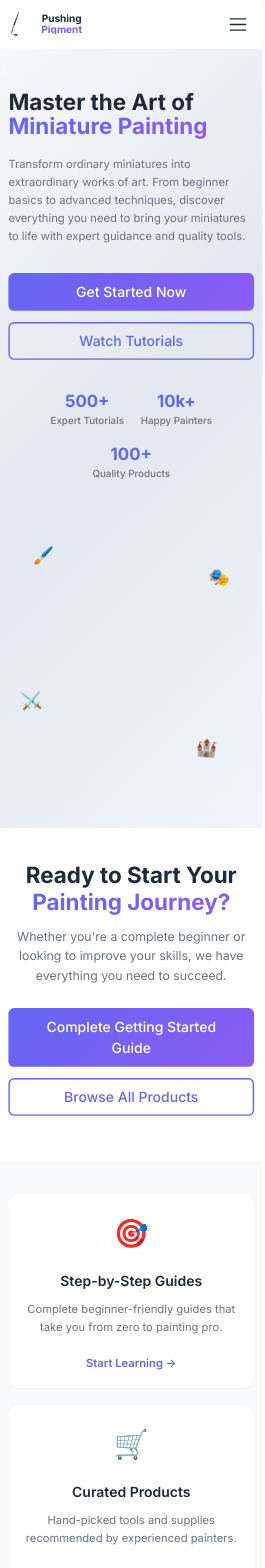
Repository: Aldentec/pushing-pigment-website
Page: /
The author's editor kept a copy of each file at every save. The page is drawn from the files as they stood at one save, then again after the next save.
The browser window is 375 px wide. The page is 379 px wide, so the pictures cover 379 px, including what lies to the right of the window. The pictures show the part of the page from y = 0 to 2240 px (the page is 4126 px tall), at 70% of full size.
The project was rebuilt for these pictures with package versions that can differ from the ones it lists, and the page was loaded fresh each time. Also part of the build but not shown: src/data/tutorials.js, src/pages/Tutorials/Tutorials.css, src/pages/Tutorials/Tutorials.jsx, src/components/ProductCard/ProductCard.css, src/components/ProductCard/ProductCard.jsx, src/data/products.js, src/pages/Products/Products.css, src/pages/Products/Products.jsx and 9 more.

Above is the page before, as saved 2025-08-17 06:54:52.

### public/index.html
<!DOCTYPE html>
<html lang="en">
  <head>
    <meta charset="utf-8" />

    <!-- Basic Meta Tags -->
    <meta name="viewport" content="width=device-width, initial-scale=1" />
    <meta name="theme-color" content="#6366f1" />

    <!-- SEO Meta Tags -->
    <title>Pushing Pigment - Master Miniature Painting | Tutorials, Tools & Techniques</title>
    <meta name="description" content="Learn miniature painting with expert tutorials, essential tool guides, and step-by-step techniques. From beginner basics to advanced methods - your complete miniature painting resource." />
    <meta name="keywords" content="miniature painting, warhammer painting, mini painting tutorials, painting techniques, miniature paints, brushes, primer, tabletop gaming, model painting, acrylic paints" />
    <meta name="author" content="Pushing Pigment" />
    <meta name="robots" content="index, follow" />
    <link rel="canonical" href="https://pushingpigment.com" />

    <!-- Open Graph / Facebook -->
    <meta property="og:type" content="website" />
    <meta property="og:url" content="https://pushingpigment.com" />
    <meta property="og:title" content="Pushing Pigment - Master Miniature Painting | Tutorials & Tools" />
    <meta property="og:description" content="Learn miniature painting with expert tutorials, essential tool guides, and step-by-step techniques. From beginner basics to advanced methods." />
    <meta property="og:image" content="https://pushingpigment.com/og-image.jpg" />
    <meta property="og:site_name" content="Pushing Pigment" />
    <meta property="og:locale" content="en_US" />

    <!-- Twitter Card -->
    <meta property="twitter:card" content="summary_large_image" />
    <meta property="twitter:url" content="https://pushingpigment.com" />
    <meta property="twitter:title" content="Pushing Pigment - Master Miniature Painting" />
    <meta property="twitter:description" content="Learn miniature painting with expert tutorials, essential tool guides, and step-by-step techniques." />
    <meta property="twitter:image" content="https://pushingpigment.com/twitter-card.jpg" />
    <meta property="twitter:creator" content="@pushingpigment" />

    <!-- Additional SEO Tags -->
    <meta name="geo.region" content="US" />
    <meta name="geo.placename" content="United States" />
    <meta name="language" content="en-US" />
    <meta name="revisit-after" content="7 days" />
    <meta name="rating" content="general" />

    <!-- Favicons -->
    <link rel="icon" href="%PUBLIC_URL%/favicon.ico" />
    <link rel="manifest" href="%PUBLIC_URL%/site.webmanifest" />
    <link rel="mask-icon" href="%PUBLIC_URL%/safari-pinned-tab.svg" color="#6366f1" />
    <meta name="msapplication-TileColor" content="#6366f1" />
    <meta name="msapplication-config" content="%PUBLIC_URL%/browserconfig.xml" />

    <!-- Preconnect for Performance -->
    <link rel="preconnect" href="https://fonts.googleapis.com" />
    <link rel="preconnect" href="https://fonts.gstatic.com" crossorigin />
    <link rel="preconnect" href="https://www.amazon.com" />

    <!-- Google Fonts -->
    <link href="https://fonts.googleapis.com/css2?family=Inter:wght@300;400;500;600;700&display=swap" rel="stylesheet" />

    <!-- Structured Data / JSON-LD -->
    <script type="application/ld+json">
    {
      "@context": "https://schema.org",
      "@type": "WebSite",
      "name": "Pushing Pigment",
      "description": "Master miniature painting with expert tutorials, essential tool guides, and step-by-step techniques for all skill levels.",
      "url": "https://pushingpigment.com",
      "potentialAction": {
        "@type": "SearchAction",
        "target": {
          "@type": "EntryPoint",
          "urlTemplate": "https://pushingpigment.com/search?q={search_term_string}"
        },
        "query-input": "required name=search_term_string"
      },
      "publisher": {
        "@type": "Organization",
        "name": "Pushing Pigment",
        "url": "https://pushingpigment.com",
        "logo": {
          "@type": "ImageObject",
          "url": "https://pushingpigment.com/logo.png"
        },
        "sameAs": [
          "https://youtube.com/@pushingpigment",
          "https://instagram.com/pushingpigment",
          "https://twitter.com/pushingpigment"
        ]
      }
    }
    </script>

    <script type="application/ld+json">
    {
      "@context": "https://schema.org",
      "@type": "EducationalOrganization",
      "name": "Pushing Pigment",
      "description": "Educational resource for miniature painting techniques and tutorials",
      "url": "https://pushingpigment.com",
      "courseMode": "online",
      "educationalLevel": "Beginner to Advanced",
      "teaches": [
        "Miniature Painting",
        "Model Painting Techniques",
        "Acrylic Painting",
        "Brush Techniques",
        "Color Theory",
        "Weathering Effects"
      ]
    }
    </script>

    <!-- Amazon Associates Disclaimer -->
    <meta name="amazon-affiliate" content="true" />

    <!-- Performance Hints -->
    <link rel="dns-prefetch" href="//amazon.com" />
    <link rel="dns-prefetch" href="//images-amazon.com" />
    <link rel="dns-prefetch" href="//google-analytics.com" />

    <!-- Security Headers -->
    <meta http-equiv="X-Content-Type-Options" content="nosniff" />
    <meta http-equiv="X-Frame-Options" content="DENY" />
    <meta http-equiv="X-XSS-Protection" content="1; mode=block" />
    <meta name="referrer" content="strict-origin-when-cross-origin" />

    <!-- Google tag (gtag.js) -->
    <script async src="https://www.googletagmanager.com/gtag/js?id=G-DWM4GB1EJW"></script>
    <script>
      window.dataLayer = window.dataLayer || [];
      function gtag(){dataLayer.push(arguments);}
      gtag('js', new Date());

      gtag('config', 'G-DWM4GB1EJW');
    </script>
  </head>

  <body>
    <noscript>
      <div style="text-align: center; padding: 50px; font-family: Arial, sans-serif;">
        <h1>JavaScript Required</h1>
        <p>You need to enable JavaScript to run this app and access all miniature painting tutorials and resources.</p>
        <p>Please enable JavaScript in your browser settings and reload the page.</p>
      </div>
    </noscript>

    <!-- Main App Container -->
    <div id="root"></div>

    <!-- Structured Data for Breadcrumbs -->
    <script type="application/ld+json">
    {
      "@context": "https://schema.org",
      "@type": "BreadcrumbList",
      "itemListElement": [
        {
          "@type": "ListItem",
          "position": 1,
          "name": "Home",
          "item": "https://pushingpigment.com"
        },
        {
          "@type": "ListItem",
          "position": 2,
          "name": "Getting Started",
          "item": "https://pushingpigment.com/products"
        },
        {
          "@type": "ListItem",
          "position": 3,
          "name": "Tutorials",
          "item": "https://pushingpigment.com/tutorials"
        }
      ]
    }
    </script>

    <!-- Service Worker Registration (Optional - for PWA features) -->
    <script>
      if ('serviceWorker' in navigator) {
        window.addEventListener('load', function() {
          navigator.serviceWorker.register('/sw.js')
            .then(function(registration) {
              console.log('SW registered: ', registration);
            })
            .catch(function(registrationError) {
              console.log('SW registration failed: ', registrationError);
            });
        });
      }
    </script>
  </body>
</html>

### src/App.jsx
import React from 'react';
import { BrowserRouter as Router, Routes, Route } from 'react-router-dom';
import { HelmetProvider } from 'react-helmet-async';
import 'bootstrap/dist/css/bootstrap.min.css';
import ScrollToTop from './components/ScrollToTop';
import './styles/global.css';
import './App.css';

// Components
import Navigation from './components/Navigation/Navigation';
import Footer from './components/Footer/Footer';

// Pages
import Home from './pages/Home/Home';
import Tutorials from './pages/Tutorials/Tutorials';
import Products from './pages/Products/Products';
import GettingStarted from './pages/GettingStarted/GettingStarted';
import Blog from './pages/Blog/Blog';
import BlogPost from './pages/Blog/BlogPost';


function App() {
  return (
    <HelmetProvider>
      <Router>
        <ScrollToTop />
        <div className="App">
          <Navigation />
          <main>
            <Routes>
              <Route path="/" element={<Home />} />
              <Route path="/getting-started" element={<GettingStarted />} />
              <Route path="/products" element={<Products />} />
              <Route path="/tutorials" element={<Tutorials />} />
              <Route path="/blog" element={<Blog />} />
              <Route path="/blog/:slug" element={<BlogPost />} />
            </Routes>
          </main>
          <Footer />
        </div>
      </Router>
    </HelmetProvider>
  );
}

export default App;

### src/styles/global.css
/* Global CSS for Pushing Pigment Website */

:root {
  --primary-color: #6366f1;
  --secondary-color: #8b5cf6;
  --accent-color: #f59e0b;
  --text-dark: #1f2937;
  --text-light: #6b7280;
  --bg-light: #f9fafb;
  --bg-white: #ffffff;
  --border-color: #e5e7eb;
  --shadow-sm: 0 1px 2px 0 rgb(0 0 0 / 0.05);
  --shadow-md: 0 4px 6px -1px rgb(0 0 0 / 0.1), 0 2px 4px -2px rgb(0 0 0 / 0.1);
  --shadow-lg: 0 10px 15px -3px rgb(0 0 0 / 0.1), 0 4px 6px -4px rgb(0 0 0 / 0.1);
  --gradient-primary: linear-gradient(135deg, var(--primary-color) 0%, var(--secondary-color) 100%);
  --gradient-accent: linear-gradient(135deg, var(--accent-color) 0%, #ef4444 100%);
}

* {
  margin: 0;
  padding: 0;
  box-sizing: border-box;
}

body {
  font-family: 'Inter', -apple-system, BlinkMacSystemFont, 'Segoe UI', 'Roboto', 'Oxygen', 'Ubuntu', 'Cantarell', sans-serif;
  line-height: 1.6;
  color: var(--text-dark);
  background-color: var(--bg-white);
  overflow-x: hidden;
}

/* Typography */
h1, h2, h3, h4, h5, h6 {
  font-weight: 600;
  line-height: 1.2;
  margin-bottom: 0.5rem;
}

h1 { font-size: 3rem; }
h2 { font-size: 2.5rem; }
h3 { font-size: 2rem; }
h4 { font-size: 1.5rem; }
h5 { font-size: 1.25rem; }
h6 { font-size: 1.1rem; }

p {
  margin-bottom: 1rem;
  color: var(--text-light);
}

/* Buttons */
.btn-primary-custom {
  background: var(--gradient-primary);
  border: none;
  border-radius: 8px;
  padding: 12px 24px;
  font-weight: 500;
  transition: all 0.3s ease;
  box-shadow: var(--shadow-sm);
}

.btn-primary-custom:hover {
  transform: translateY(-2px);
  box-shadow: var(--shadow-md);
  background: var(--gradient-primary);
  filter: brightness(1.1);
}

.btn-outline-custom {
  border: 2px solid var(--primary-color);
  color: var(--primary-color);
  background: transparent;
  border-radius: 8px;
  padding: 10px 22px;
  font-weight: 500;
  transition: all 0.3s ease;
}

.btn-outline-custom:hover {
  background: var(--primary-color);
  color: white;
  transform: translateY(-1px);
  box-shadow: var(--shadow-sm);
}

/* Cards */
.card-custom {
  border: none;
  border-radius: 12px;
  box-shadow: var(--shadow-sm);
  transition: all 0.3s ease;
  overflow: hidden;
}

.card-custom:hover {
  transform: translateY(-4px);
  box-shadow: var(--shadow-lg);
}

.card-custom .card-header {
  background: var(--bg-light);
  border-bottom: 1px solid var(--border-color);
  padding: 1.5rem;
}

.card-custom .card-body {
  padding: 1.5rem;
}

/* Sections */
.section-padding {
  padding: 5rem 0;
}

.section-light {
  background-color: var(--bg-light);
}

/* Gradients */
.gradient-bg {
  background: var(--gradient-primary);
}

.gradient-text {
  background: var(--gradient-primary);
  -webkit-background-clip: text;
  -webkit-text-fill-color: transparent;
  background-clip: text;
}

/* Animations */
@keyframes fadeInUp {
  from {
    opacity: 0;
    transform: translateY(30px);
  }
  to {
    opacity: 1;
    transform: translateY(0);
  }
}

.fade-in-up {
  animation: fadeInUp 0.6s ease-out;
}

/* Utilities */
.text-primary-custom {
  color: var(--primary-color) !important;
}

.bg-light-custom {
  background-color: var(--bg-light) !important;
}

.border-radius-lg {
  border-radius: 12px !important;
}

/* Responsive */
@media (max-width: 768px) {
  h1 { font-size: 2.5rem; }
  h2 { font-size: 2rem; }
  h3 { font-size: 1.75rem; }

  .section-padding {
    padding: 3rem 0;
  }
}

### src/App.css
/* App-specific styles */
.App {
  min-height: 100vh;
  display: flex;
  flex-direction: column;
}

main {
  flex: 1;
}

/* Global overrides for Bootstrap */
.btn:focus {
  box-shadow: none;
}

.btn-primary {
  background: var(--gradient-primary);
  border: none;
}

.btn-primary:hover,
.btn-primary:focus,
.btn-primary:active {
  background: var(--gradient-primary);
  filter: brightness(1.1);
  border: none;
}

.btn-outline-primary {
  border-color: var(--primary-color);
  color: var(--primary-color);
}

.btn-outline-primary:hover,
.btn-outline-primary:focus,
.btn-outline-primary:active {
  background: var(--primary-color);
  border-color: var(--primary-color);
  color: white;
}

/* Custom scrollbar */
::-webkit-scrollbar {
  width: 8px;
}

::-webkit-scrollbar-track {
  background: var(--bg-light);
}

::-webkit-scrollbar-thumb {
  background: var(--primary-color);
  border-radius: 4px;
}

::-webkit-scrollbar-thumb:hover {
  background: var(--secondary-color);
}

/* Smooth scrolling */
html {
  scroll-behavior: smooth;
}

/* Focus styles for accessibility */
*:focus {
  outline: 2px solid var(--primary-color);
  outline-offset: 2px;
}

.btn:focus,
.form-control:focus,
.form-select:focus {
  outline: none;
  box-shadow: 0 0 0 0.2rem rgba(99, 102, 241, 0.25);
}

### src/components/Navigation/Navigation.css
.custom-navbar {
  background: rgba(255, 255, 255, 0.95);
  backdrop-filter: blur(10px);
  border-bottom: 1px solid rgba(229, 231, 235, 0.3);
  transition: all 0.3s ease;
  padding: 1rem 0;
}

.custom-navbar.scrolled {
  background: rgba(255, 255, 255, 0.98);
  box-shadow: 0 4px 20px rgba(0, 0, 0, 0.1);
  padding: 0.5rem 0;
}

.brand-logo {
  font-size: 1.8rem;
  font-weight: 700;
  text-decoration: none;
  display: flex;
  align-items: center;
  gap: 0.75rem;
  transition: all 0.3s ease;
}

.brand-logo:hover {
  text-decoration: none;
  transform: scale(1.02);
}

/* Logo container with fallback logic */
.logo-container {
  position: relative;
  width: 40px;
  height: 40px;
  display: flex;
  align-items: center;
  justify-content: center;
}

.navbar-logo {
  height: 40px;
  width: auto;
  max-width: 40px;
  object-fit: contain;
  transition: all 0.3s ease;
  position: absolute;
  top: 0;
  left: 0;
}

.custom-navbar.scrolled .navbar-logo {
  height: 35px;
}

.custom-navbar.scrolled .logo-container {
  width: 35px;
  height: 35px;
}

/* Fallback paintbrush icon */
.paintbrush-icon-fallback {
  font-size: 1.8rem;
  line-height: 1;
  position: absolute;
  top: 50%;
  left: 50%;
  transform: translate(-50%, -50%);
  z-index: -1; /* Behind the image, shows only if image fails */
}

.custom-navbar.scrolled .paintbrush-icon-fallback {
  font-size: 1.6rem;
}

/* If you want to force show only the emoji (for testing) */
.logo-container.force-emoji .navbar-logo {
  display: none !important;
}

.logo-container.force-emoji .paintbrush-icon-fallback {
  z-index: 1;
}

.brand-text-container {
  display: flex;
  flex-direction: row;
  align-items: center;
  gap: 0.25rem;
}

.brand-text {
  color: var(--text-dark);
}

.brand-accent {
  background: var(--gradient-primary);
  -webkit-background-clip: text;
  -webkit-text-fill-color: transparent;
  background-clip: text;
}

.navbar-nav .nav-link {
  font-weight: 500;
  color: var(--text-dark) !important;
  margin: 0 0.5rem;
  padding: 0.5rem 1rem !important;
  border-radius: 8px;
  transition: all 0.3s ease;
  position: relative;
}

.navbar-nav .nav-link:hover {
  color: var(--primary-color) !important;
  background: var(--bg-light);
}

.navbar-nav .nav-link.active {
  color: var(--primary-color) !important;
  background: var(--bg-light);
}

.navbar-nav .nav-link.active::after {
  content: '';
  position: absolute;
  bottom: -2px;
  left: 50%;
  transform: translateX(-50%);
  width: 20px;
  height: 3px;
  background: var(--gradient-primary);
  border-radius: 2px;
}

.navbar-toggler {
  border: none;
  padding: 0.25rem 0.5rem;
}

.navbar-toggler:focus {
  box-shadow: none;
}

.navbar-toggler-icon {
  background-image: url("data:[embedded picture, 228 characters]");
}

@media (max-width: 991px) {
  .custom-navbar {
    padding: 0.75rem 0;
  }

  .navbar-nav .nav-link {
    margin: 0.25rem 0;
    text-align: center;
  }

  .navbar-nav .nav-link.active::after {
    display: none;
  }

  .logo-container {
    width: 35px;
    height: 35px;
  }

  .navbar-logo {
    height: 35px;
  }

  .paintbrush-icon-fallback {
    font-size: 1.6rem;
  }

  .brand-text-container {
    flex-direction: column;
    gap: 0;
    line-height: 1;
  }

  .brand-text, .brand-accent {
    font-size: 0.9rem;
  }
}

### src/components/Footer/Footer.css
.site-footer {
  background: linear-gradient(135deg, var(--text-dark) 0%, #374151 100%);
  color: white;
  padding: 3rem 0 1rem;
  margin-top: 4rem;
}

.footer-section {
  margin-bottom: 2rem;
}

.footer-brand {
  font-size: 1.5rem;
  font-weight: 700;
  margin-bottom: 1rem;
  display: flex;
  align-items: center;
}

.footer-brand .brand-text {
  color: white;
  margin-right: 0.25rem;
}

.footer-brand .brand-accent {
  background: var(--gradient-primary);
  -webkit-background-clip: text;
  -webkit-text-fill-color: transparent;
  background-clip: text;
}

.footer-description {
  color: rgba(255, 255, 255, 0.8);
  line-height: 1.6;
  margin-bottom: 1.5rem;
  font-size: 0.95rem;
}

.social-links {
  display: flex;
  gap: 1rem;
}

.social-link {
  display: inline-flex;
  align-items: center;
  justify-content: center;
  width: 40px;
  height: 40px;
  background: rgba(255, 255, 255, 0.1);
  border-radius: 50%;
  color: white;
  text-decoration: none;
  font-size: 1.2rem;
  transition: all 0.3s ease;
}

### src/pages/Home/Home.css
/* Home Page Styles */

.home-page {
  /* Base styles */
}

/* Quick Start Section */
.quick-start-section {
  background: white;
}

.quick-start-buttons {
  margin-top: 2rem;
}

/* Features Section */
.features-section {
  background: var(--bg-light);
}

.feature-card {
  background: white;
  padding: 2rem;
  border-radius: 16px;
  box-shadow: var(--shadow-sm);
  text-align: center;
  height: 100%;
  transition: all 0.3s ease;
}

.feature-card:hover {
  transform: translateY(-8px);
  box-shadow: var(--shadow-lg);
}

.feature-icon {
  font-size: 3rem;
  margin-bottom: 1.5rem;
}

.feature-card h4 {
  font-size: 1.25rem;
  font-weight: 600;
  color: var(--text-dark);
  margin-bottom: 1rem;
}

.feature-card p {
  color: var(--text-light);
  margin-bottom: 1.5rem;
  line-height: 1.6;
}

.feature-link {
  color: var(--primary-color);
  font-weight: 600;
  text-decoration: none;
  padding: 0;
  border: none;
  background: none;
  transition: color 0.3s ease;
}

.feature-link:hover {
  color: var(--secondary-color);
  text-decoration: none;
}

.section-title {
  font-size: 2.5rem;
  font-weight: 700;
  margin-bottom: 1rem;
  color: var(--text-dark);
}

.section-description {
  font-size: 1.2rem;
  color: var(--text-light);
  line-height: 1.6;
  margin-bottom: 2rem;
}

/* Responsive */
@media (max-width: 768px) {
  .section-title {
    font-size: 2rem;
  }

  .section-description {
    font-size: 1.1rem;
  }

  .feature-card {
    padding: 1.5rem;
  }

  .feature-icon {
    font-size: 2.5rem;
  }

  .quick-start-buttons .btn {
    width: 100%;
    margin-bottom: 1rem;
  }

  .quick-start-buttons .btn:last-child {
    margin-bottom: 0;
  }
}

### src/components/Hero/Hero.css
.hero-section {
  position: relative;
  min-height: 100vh;
  display: flex;
  align-items: center;
  overflow: hidden;
  padding-top: 80px;
}

.hero-background {
  position: absolute;
  top: 0;
  left: 0;
  right: 0;
  bottom: 0;
  background: linear-gradient(135deg, #f8fafc 0%, #e2e8f0 50%, #f1f5f9 100%);
  z-index: -1;
}

.hero-background::before {
  content: '';
  position: absolute;
  top: 0;
  left: 0;
  right: 0;
  bottom: 0;
  background: url('data:[embedded picture, 327 characters]');
  opacity: 0.5;
}

.hero-content {
  z-index: 2;
}

.hero-title {
  font-size: 3.5rem;
  font-weight: 700;
  line-height: 1.1;
  margin-bottom: 1.5rem;
  color: var(--text-dark);
}

.hero-description {
  font-size: 1.25rem;
  line-height: 1.6;
  margin-bottom: 2.5rem;
  color: var(--text-light);
  max-width: 90%;
}

.hero-buttons {
  margin-bottom: 3rem;
}

.hero-stats {
  display: flex;
  gap: 2rem;
  flex-wrap: wrap;
}

.stat-item {
  display: flex;
  flex-direction: column;
  align-items: center;
  text-align: center;
}

.stat-number {
  font-size: 2rem;
  font-weight: 700;
  color: var(--primary-color);
  line-height: 1;
  margin-bottom: 0.25rem;
}

.stat-label {
  font-size: 0.875rem;
  color: var(--text-light);
  font-weight: 500;
}

.hero-image-col {
  display: flex;
  justify-content: center;
  align-items: center;
}

.hero-image-container {
  position: relative;
  width: 100%;
  max-width: 500px;
  height: 500px;
  display: flex;
  justify-content: center;
  align-items: center;
}

/* Import the animated painter CSS */
@import url('./animated-painter.css');

.hero-section {
  position: relative;
  min-height: 100vh;
  display: flex;
  align-items: center;
  overflow: hidden;
  padding-top: 80px;
}

.hero-background {
  position: absolute;
  top: 0;
  left: 0;
  right: 0;
  bottom: 0;
  background: linear-gradient(135deg, #f8fafc 0%, #e2e8f0 50%, #f1f5f9 100%);
  z-index: -1;
}

.hero-background::before {
  content: '';
  position: absolute;
  top: 0;
  left: 0;
  right: 0;
  bottom: 0;
  background: url('data:[embedded picture, 327 characters]');
  opacity: 0.5;
}

.hero-content {
  z-index: 2;
}

.hero-title {
  font-size: 3.5rem;
  font-weight: 700;
  line-height: 1.1;
  margin-bottom: 1.5rem;
  color: var(--text-dark);
}

.hero-description {
  font-size: 1.25rem;
  line-height: 1.6;
  margin-bottom: 2.5rem;
  color: var(--text-light);
  max-width: 90%;
}

.hero-buttons {
  margin-bottom: 3rem;
}

.hero-stats {
  display: flex;
  gap: 2rem;
  flex-wrap: wrap;
}

.stat-item {
  display: flex;
  flex-direction: column;
  align-items: center;
  text-align: center;
}

.stat-number {
  font-size: 2rem;
  font-weight: 700;
  color: var(--primary-color);
  line-height: 1;
  margin-bottom: 0.25rem;
}

.stat-label {
  font-size: 0.875rem;
  color: var(--text-light);
  font-weight: 500;
}

.hero-image-col {
  display: flex;
  justify-content: center;
  align-items: center;
}

.hero-image-container {
  position: relative;
  width: 100%;
  max-width: 500px;
  height: 500px;
  display: flex;
  justify-content: center;
  align-items: center;
}

/* Hero Badge */
.hero-badge {
  display: inline-block;
}

.badge-text {
  background: linear-gradient(135deg, rgba(99, 102, 241, 0.1) 0%, rgba(139, 92, 246, 0.1) 100%);
  color: var(--primary-color);
  padding: 0.75rem 1.5rem;
  border-radius: 50px;
  font-size: 0.9rem;
  font-weight: 600;
  border: 1px solid rgba(99, 102, 241, 0.2);
}

.floating-elements {
  position: absolute;
  top: 0;
  left: 0;
  right: 0;
  bottom: 0;
  pointer-events: none;
}

.floating-element {
  position: absolute;
  font-size: 2rem;
  animation: float 6s ease-in-out infinite;
}

.element-1 {
  top: 10%;
  left: 10%;
  animation-delay: 0s;
}

.element-2 {
  top: 20%;
  right: 10%;
  animation-delay: -2s;
}

.element-3 {
  bottom: 30%;
  left: 5%;
  animation-delay: -4s;
}

.element-4 {
  bottom: 10%;
  right: 15%;
  animation-delay: -1s;
}

@keyframes float {
  0%, 100% {
    transform: translateY(0) rotate(0deg);
  }
  33% {
    transform: translateY(-10px) rotate(5deg);
  }
  66% {
    transform: translateY(5px) rotate(-5deg);
  }
}

.floating-elements {
  position: absolute;
  top: 0;
  left: 0;
  right: 0;
  bottom: 0;
  pointer-events: none;
}

.floating-element {
  position: absolute;
  font-size: 2rem;
  animation: float 6s ease-in-out infinite;
}

.element-1 {
  top: 10%;
  left: 10%;
  animation-delay: 0s;
}

.element-2 {
  top: 20%;
  right: 10%;
  animation-delay: -2s;
}

.element-3 {
  bottom: 30%;
  left: 5%;
  animation-delay: -4s;
}

.element-4 {
  bottom: 10%;
  right: 15%;
  animation-delay: -1s;
}

@keyframes float {
  0%, 100% {
    transform: translateY(0) rotate(0deg);
  }
  33% {
    transform: translateY(-10px) rotate(5deg);
  }
  66% {
    transform: translateY(5px) rotate(-5deg);
  }
}

/* Responsive Design */
@media (max-width: 992px) {
  .hero-image-container {
    margin-top: 3rem;
    height: 400px;
  }

  .hero-logo-showcase {
    max-width: 400px;
    height: 400px;
  }

  .logo-background-circle {
    width: 320px;
    height: 320px;
  }

  .hero-logo-main {
    max-width: 250px;
    max-height: 250px;
  }
}

@media (max-width: 768px) {
  .hero-title {
    font-size: 2.5rem;
  }

  .hero-description {
    font-size: 1.1rem;
    max-width: 100%;
  }

  .hero-stats {
    gap: 1.5rem;
    justify-content: center;
  }

  .hero-buttons {
    text-align: center;
  }

  .hero-logo-showcase {
    max-width: 320px;
    height: 320px;
  }

  .logo-background-circle {
    width: 260px;
    height: 260px;
  }

  .hero-logo-main {
    max-width: 200px;
    max-height: 200px;
  }

  .floating-element {
    font-size: 1.5rem;
  }

  .badge-text {
    font-size: 0.8rem;
    padding: 0.6rem 1.2rem;
  }
}

@media (max-width: 576px) {
  .hero-title {
    font-size: 2rem;
  }

  .hero-description {
    font-size: 1rem;
  }

  .hero-buttons .btn {
    display: block;
    width: 100%;
    margin-bottom: 1rem;
  }

  .hero-buttons .btn:last-child {
    margin-bottom: 0;
  }

  .stat-number {
    font-size: 1.5rem;
  }

  .hero-logo-showcase {
    max-width: 280px;
    height: 280px;
  }

  .logo-background-circle {
    width: 220px;
    height: 220px;
  }

  .hero-logo-main {
    max-width: 170px;
    max-height: 170px;
  }

  .accent-1, .accent-2, .accent-3 {
    transform: scale(0.8);
  }
}

Loaded but not shown: src/index.tsx (common file); src/index.css (common file); src/reportWebVitals.ts (common file); src/components/ScrollToTop.js (common file); src/components/GettingStarted/GettingStarted.css (688 lines, source omitted); src/pages/Home/Home.jsx (199 lines, source omitted); src/components/Footer/Footer.jsx (129 lines, source omitted); src/components/Hero/Hero.jsx (121 lines, source omitted); src/components/Navigation/Navigation.jsx (122 lines, source omitted)

After the next save:
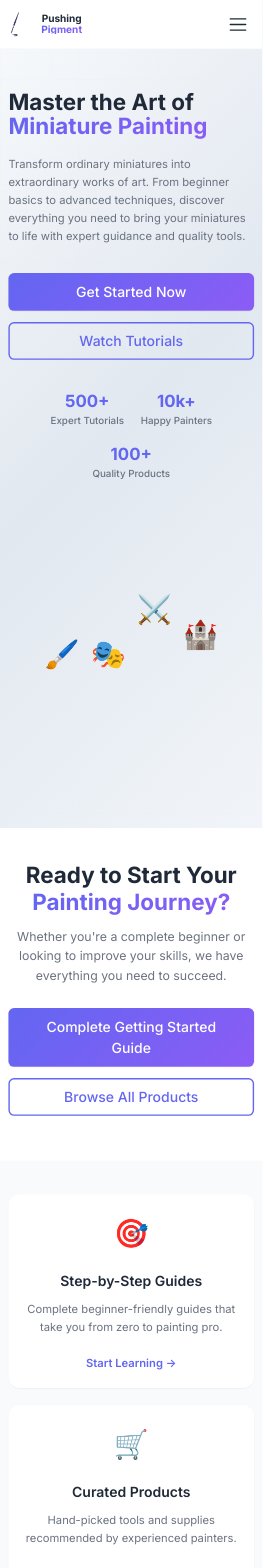
Saved 8 min 28 s later.
--- a/src/components/Hero/Hero.css
+++ b/src/components/Hero/Hero.css
@@ -421,3 +421,65 @@
     transform: scale(0.8);
   }
 }
+
+/* Add this to your existing Hero.css file */
+
+/* Hide animated painter on mobile and tablet */
+@media (max-width: 992px) {
+  .painter-scene {
+    display: none;
+  }
+
+  /* Center the floating elements when painter is hidden */
+  .floating-elements {
+    width: 100%;
+    height: 300px;
+    display: flex;
+    align-items: center;
+    justify-content: center;
+    position: relative;
+  }
+
+  .floating-element {
+    position: relative !important;
+    margin: 0 1rem;
+    font-size: 3rem;
+    animation: simpleFloat 3s ease-in-out infinite;
+    top: auto !important;
+    left: auto !important;
+    right: auto !important;
+  }
+
+  .floating-element:nth-child(2) {
+    animation-delay: 0.5s;
+  }
+
+  .floating-element:nth-child(3) {
+    animation-delay: 1s;
+  }
+
+  .floating-element:nth-child(4) {
+    animation-delay: 1.5s;
+  }
+}
+
+@keyframes simpleFloat {
+  0%, 100% {
+    transform: translateY(0px);
+  }
+  50% {
+    transform: translateY(-10px);
+  }
+}
+
+/* Further simplify on small mobile */
+@media (max-width: 576px) {
+  .floating-elements {
+    height: 200px;
+  }
+
+  .floating-element {
+    font-size: 2.5rem;
+    margin: 0 0.5rem;
+  }
+}
